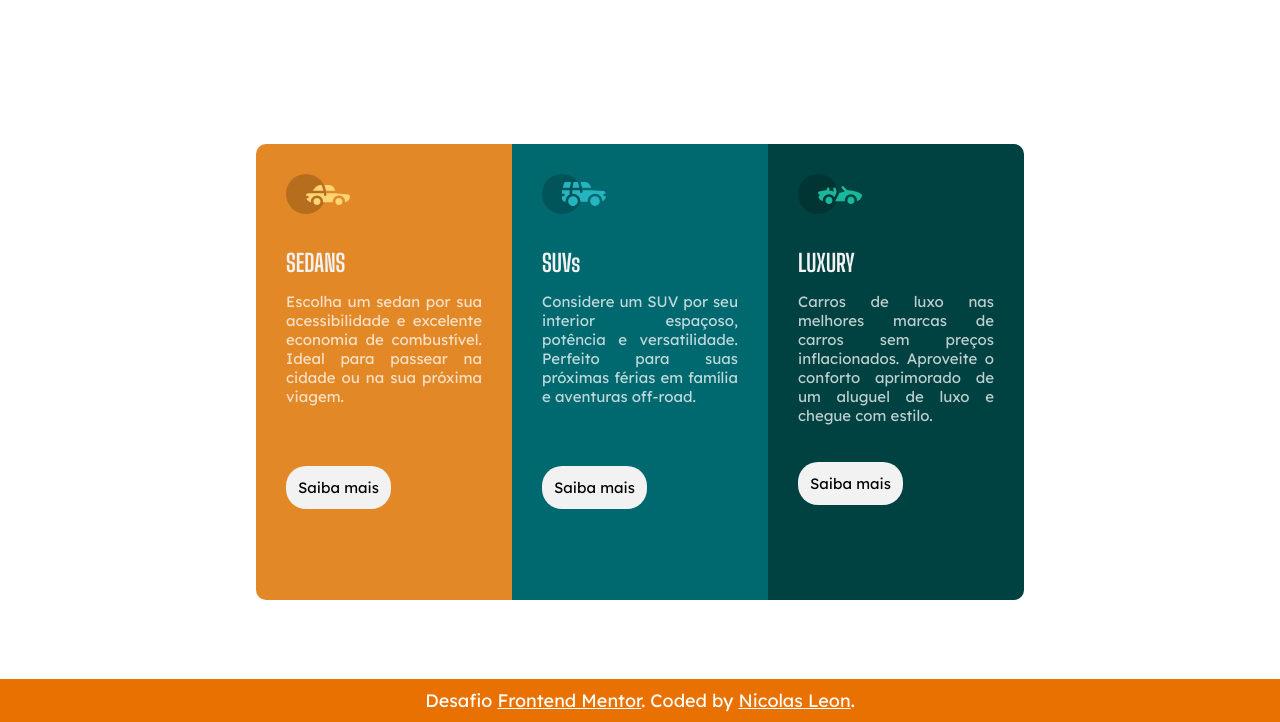
Repository: Leonngc/Car-cards
Page: index.html
An editor plug-in stored every save of this project. The page is shown before and after a run of saves, followed by the edit.
The browser window is 1280 px wide. The pictures show the whole page.
The pointer rests on the first visible `a`.

Above is the page before, as saved 2023-01-17 19:26:50.

### index.html
<!DOCTYPE html>
<html lang="pt-br">
  <head>
    <meta charset="UTF-8" />
    <meta name="viewport" content="width=device-width, initial-scale=1.0" />
    <!-- displays site properly based on user's device -->

    <link
      rel="icon"
      type="image/png"
      sizes="32x32"
      href="./images/favicon-32x32.png"
    />

    <link rel="stylesheet" href="styles/style.css" />

    <title>Frontend Mentor | 3-column preview card component</title>


  </head>
  <body>
    <main>
      <div class="card" id="sedan">
        <div class="image"><img src="images/icon-sedans.svg" alt="" /></div>
        <h2>SEDANS</h2>
        <p>
          Escolha um sedan por sua acessibilidade e excelente economia de
          combustível. Ideal para passear na cidade ou na sua próxima viagem.
        </p>
        <button>Saiba mais</button>
      </div>
      <div class="card" id="suv">
        <div class="image"><img src="images/icon-suvs.svg" alt="" /></div>

        <h2>SUVs</h2>
        <p>
          Considere um SUV por seu interior espaçoso, potência e versatilidade.
          Perfeito para suas próximas férias em família e aventuras off-road.
        </p>
        <button>Saiba mais</button>
      </div>
      <div class="card" id="luxury">
        <div class="image"><img src="images/icon-luxury.svg" alt="" /></div>
        <h2>LUXURY</h2>
        <p>
          Carros de luxo nas melhores marcas de carros sem preços inflacionados.
          Aproveite o conforto aprimorado de um aluguel de luxo e chegue com
          estilo.
        </p>
        <button>Saiba mais</button>
      </div>
    </main>

    <footer class="attribution">
      <p>
        Desafio
        <a href="https://www.frontendmentor.io?ref=challenge" target="_blank"
          >Frontend Mentor</a
        >. Coded by <a href="#">Nicolas Leon</a>.
      </p>
    </footer>
  </body>
</html>

### styles/style.css
@import url('https://fonts.googleapis.com/css2?family=Lexend+Deca&display=swap');

@import url('https://fonts.googleapis.com/css2?family=Big+Shoulders+Display:wght@700&display=swap');

*{
    margin: 0 auto;
    padding: 0;
}

:root{
    --font-body: 'Lexend Deca', sans-serif;

    --font-title: 'Big Shoulders Display', cursive;
}


/* Basic styles */


main{
    display: flex;
    margin: auto;
    margin-top: 20vh;
    margin-left: 20vw;
    margin-right: 20vw;
}
.card{
    padding: 30px;
    height: 55vh;
    width: 90vw;
}
.card > p{
    font-family: var(--font-body);
    margin-bottom: 60px;
    text-align: justify;
    font-size: 15px;
    color: hsla(0, 0%, 100%, 0.75);
}
.card > h2{
    font-family: var(--font-title);
    padding-top: 30px;
    padding-bottom:15px;
    color:  hsl(0, 0%, 95%);
}

#sedan{
    background-color: hsl(31, 77%, 52%);
    border-top-left-radius: 10px;
    border-bottom-left-radius: 10px;
}

#suv{
   background-color:hsl(184, 100%, 22%)
}

#luxury{
    background-color: hsl(179, 100%, 13%);
    border-top-right-radius: 10px;
    border-bottom-right-radius: 10px;
}

#luxury > p{
    margin-bottom: 37px;
}

button{
    padding: 12px;
    border-radius: 20px;
    background-color: hsl(0, 0%, 95%);
    border: 0;
    font-family: var(--font-body);
    font-size: 15px;
 }

 button:hover{
    background-color: hsla(0, 0%, 54%, 0);
    border: 2px solid rgb(255, 255, 255);
    color: hsl(0, 0%, 100%);
  }


  footer > p{
    background-color: rgb(233, 113, 2);
    color: white;
    font-size: 18px;
    margin-top: 11vh;
    padding: 10px;
    text-align: center;
    font-family: var(--font-body);
  }

  a{
    color: white;
  }

  a:hover{
    transform: scale(6.0);
    transition: 0.3s;
  }

/* Animations */




/* Media Queries */

After the next 3 saves:
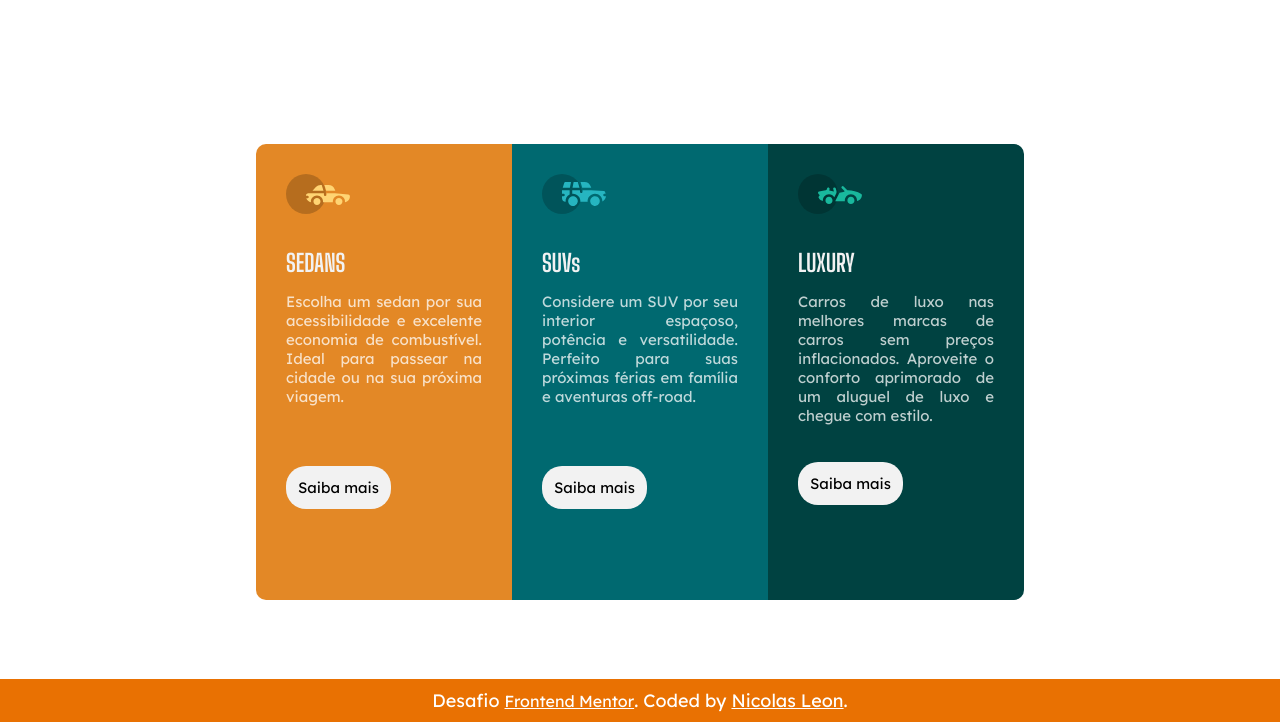
The 3 saves are shown as one change because they came seconds apart.
The last was saved 15 s later.
--- a/styles/style.css
+++ b/styles/style.css
@@ -94,8 +94,7 @@
   }
 
   a:hover{
-    transform: scale(6.0);
-    transition: 0.3s;
+    font-size: 16px;
   }
 
 /* Animations */
